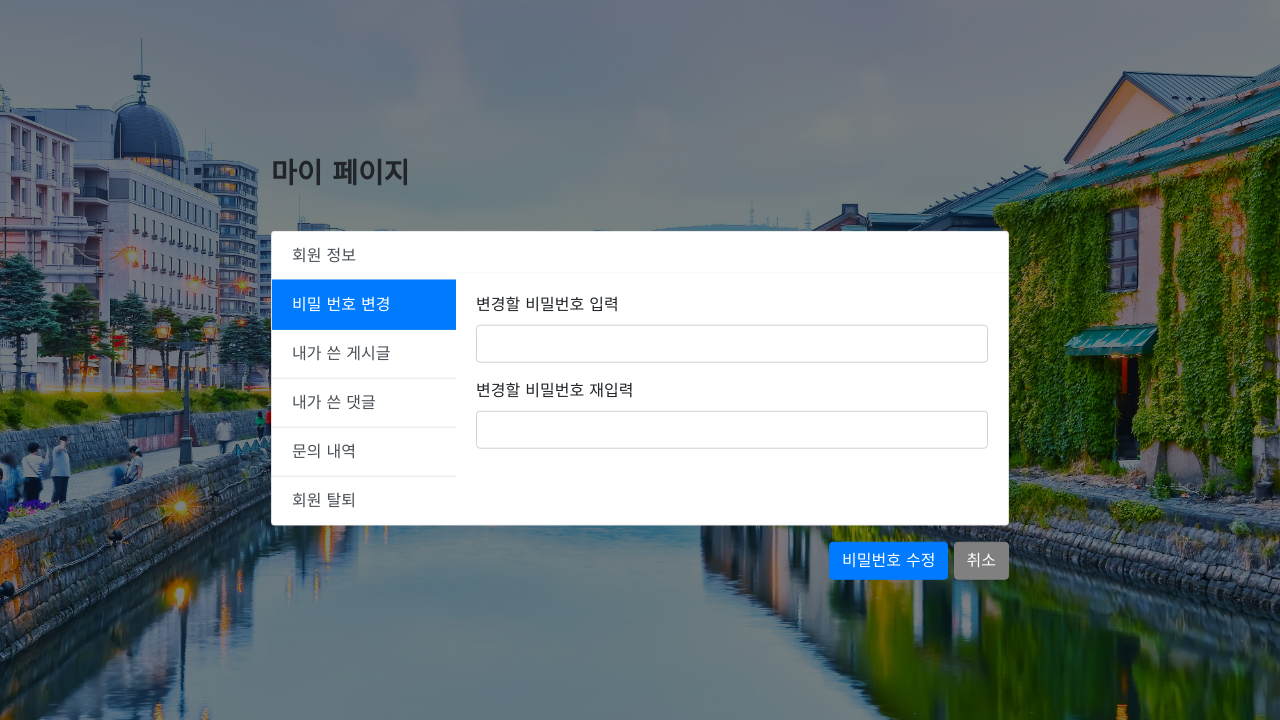
Repository: ExiNni/Travel-Project
Page: http://localhost/project_login/myPage/user_password.jsp
An editor plug-in stored every save of this project. The page is shown before and after the next save, followed by the edit.
The browser window is 1280 px wide. The pictures show the whole page.
The page is served by Tomcat 9. Other server files are loaded and not shown.

Above is the page before, as saved 2023-11-14 01:05:46.
Console error: SyntaxError: Unexpected identifier 'r'

### project_login/src/main/webapp/myPage/user_password.jsp
<%@ page language="java" contentType="text/html; charset=UTF-8"
    pageEncoding="UTF-8"%>
<!DOCTYPE html>
<html>
<head>
    <meta charset="UTF-8">
    <meta name="viewport" content="width=device-width, initial-scale=1.0">
    <title>마이페이지</title>
    <link rel="stylesheet" href="../myPage/mypage-css/mypage.css">
    <link href="https://cdn.jsdelivr.net/npm/bootstrap@4.5.0/dist/css/bootstrap.min.css" rel="stylesheet">

    <script>
        function showConfirmation1() {
            alert('비밀번호 변경이 완료되었습니다.');
        }
    </script>

    <script>
        function showConfirmation2() {
            alert('취소되었습니다.');
        }
    </script>

</head>
<body>
	<form action="<%= request.getContextPath() %>/LoginServlet?action=updatePassword" method="post">
        <header>
            <div class="total">
                <div class="container light-style flex-grow-1 container-p-y">
                    <h3 class="font-weight-bold py-3 mb-4">
                        마이 페이지
                    </h3>

                    <div class="card overflow-hidden">
                        <div class="row no-gutters row-bordered row-border-light">
                            <div class="col-md-3 pt-0">
                                <div class="list-group list-group-flush account-settings-links">
                                    <a class="list-group-item list-group-item-action" data-toggle="list" href="user-info.jsp">회원
                                        정보</a>
                                    <a class="list-group-item list-group-item-action active" data-toggle="list"
                                        href="user_password-edit.jsp">비밀 번호 변경</a>
                                    <a class="list-group-item list-group-item-action" data-toggle="list"
                                        href="user-post.jsp">내가 쓴 게시글</a>

                                    <a class="list-group-item list-group-item-action" data-toggle="list"
                                        href="user-comment.jsp">내가 쓴 댓글</a>
                                    <a class="list-group-item list-group-item-action" data-toggle="list"
                                        href="user-inquiry-password.jsp">문의 내역</a>
                                    <a class="list-group-item list-group-item-action" data-toggle="list"
                                        href="user-delete.jsp">회원 탈퇴</a>
                                </div>
                            </div>
                            <div class="col-md-9">
                                <div class="tab-content">
                                    <div class="card-body media align-items-center">
                                    </div>
                                </div>
                                <hr class="border-light m-0">
                                <div class="card-body">
                                    <div class="form-group">
                                        <label class="form-label"> 변경할 비밀번호 입력</label>
                                        <input type="password" class="form-control mb-1" name="newPassword">
                                    </div>

                                    <div class="form-group">
                                        <label class="form-label"> 변경할 비밀번호 재입력</label>
                                        <input type="password" class="form-control mb-1" name="confirmPassword">
                                    </div>
                                </div>
                            </div>
                        </div>
                    </div>
                    <div class="text-right mt-3">
                        <button type="submit" class="btn btn-primary" id="commit">비밀번호 수정</button>
                        <a href="./user-password.html"><button type="button" class="btn btn-primary" id="cancle">취소</button></a>
                    </div>
                </div>
            </div>
        </header>

        <script>
            document.addEventListene	r('DOMContentLoaded', function () {
                const completeButton = document.querySelector('#commit');

                completeButton.addEventListener('click', function () {
                    showConfirmation1();
                });
            });
        </script>

        <script>
            document.addEventListener('DOMContentLoaded', function () {
                const cancelButton = document.querySelector('#cancle');

                cancelButton.addEventListener('click', function () {
                    showConfirmation2();
                });
            });
        </script>
    </form>
</body>
</html>

### project_login/src/main/webapp/myPage/mypage-css/mypage.css
@charset "EUC-KR";

header{
    background-image:linear-gradient(rgba(0,0,0,0.5),rgba(0,0,0,0.5)), url('3.jpg');
    height: 100vh;
    background-size: cover;
    background-position: center;
}

.total {
    position: absolute;
    top: 50%;
    left: 50%;
    transform: translate(-50%, -50%);
    font-family: Verdana, Geneva, Tahoma, sans-serif;
    width: 60%;
}

#cancle{
    background-color: gray;
    border-color: gray;
}

#delete{
    background-color: red;
    border-color: red;

}

.sad{
    margin-left: 10%;
}

After the next save:
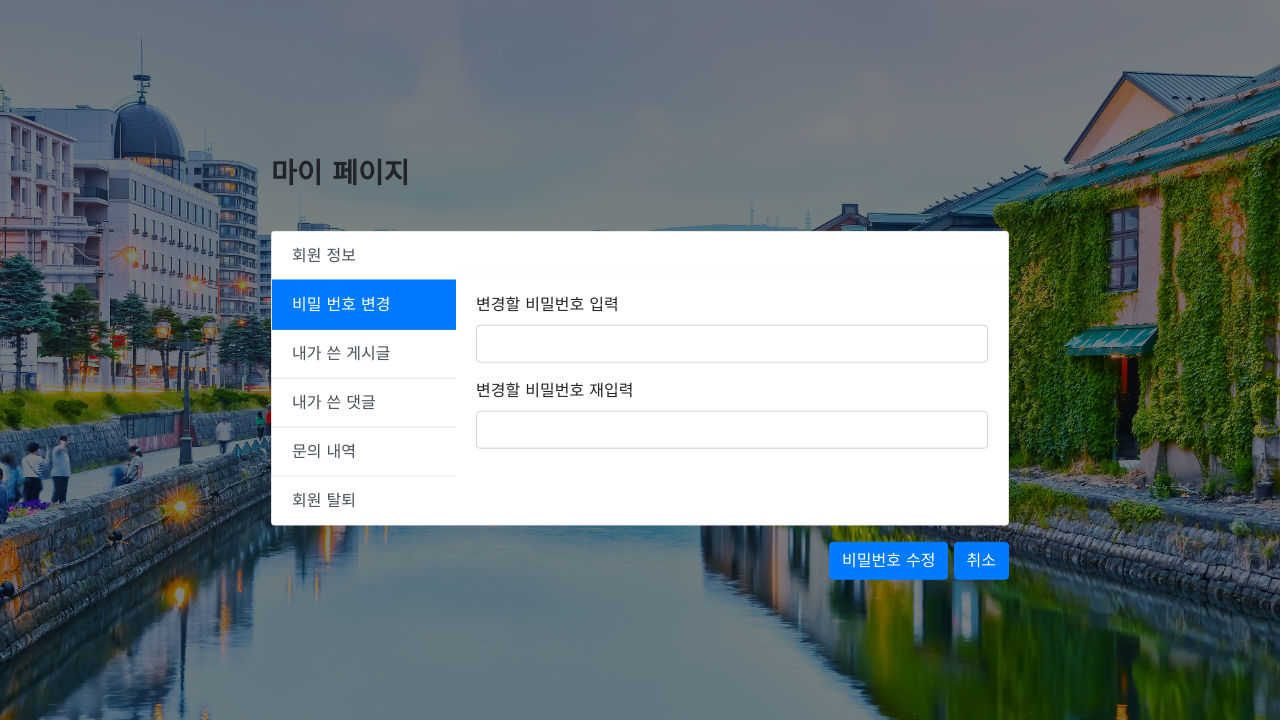
The error is gone.
Saved 84 s later.
--- a/project_login/src/main/webapp/myPage/user_password.jsp
+++ b/project_login/src/main/webapp/myPage/user_password.jsp
@@ -1,5 +1,4 @@
-<%@ page language="java" contentType="text/html; charset=UTF-8"
-    pageEncoding="UTF-8"%>
+<%@ page language="java" contentType="text/html; charset=UTF-8" pageEncoding="UTF-8"%>
 <!DOCTYPE html>
 <html>
 <head>
@@ -23,7 +22,7 @@
 
 </head>
 <body>
-	<form action="<%= request.getContextPath() %>/LoginServlet?action=updatePassword" method="post">
+    <form action="<%= request.getContextPath() %>/LoginServlet?action=updatePassword" method="post">
         <header>
             <div class="total">
                 <div class="container light-style flex-grow-1 container-p-y">
@@ -72,31 +71,30 @@
                     </div>
                     <div class="text-right mt-3">
                         <button type="submit" class="btn btn-primary" id="commit">비밀번호 수정</button>
-                        <a href="./user-password.html"><button type="button" class="btn btn-primary" id="cancle">취소</button></a>
+                        <!-- Changed the href to the correct one -->
+                        <a href="<%= request.getContextPath() %>/myPage/user-password.jsp"><button type="button" class="btn btn-primary" id="cancel">취소</button></a>
                     </div>
                 </div>
             </div>
         </header>
+    </form>
 
-        <script>
-            document.addEventListene	r('DOMContentLoaded', function () {
-                const completeButton = document.querySelector('#commit');
+    <script>
+        document.addEventListener('DOMContentLoaded', function () {
+            const completeButton = document.querySelector('#commit');
 
-                completeButton.addEventListener('click', function () {
-                    showConfirmation1();
-                });
+            completeButton.addEventListener('click', function () {
+                showConfirmation1();
             });
-        </script>
+        });
 
-        <script>
-            document.addEventListener('DOMContentLoaded', function () {
-                const cancelButton = document.querySelector('#cancle');
+        document.addEventListener('DOMContentLoaded', function () {
+            const cancelButton = document.querySelector('#cancel'); // Changed the id to cancel
 
-                cancelButton.addEventListener('click', function () {
-                    showConfirmation2();
-                });
+            cancelButton.addEventListener('click', function () {
+                showConfirmation2();
             });
-        </script>
-    </form>
+        });
+    </script>
 </body>
 </html>
